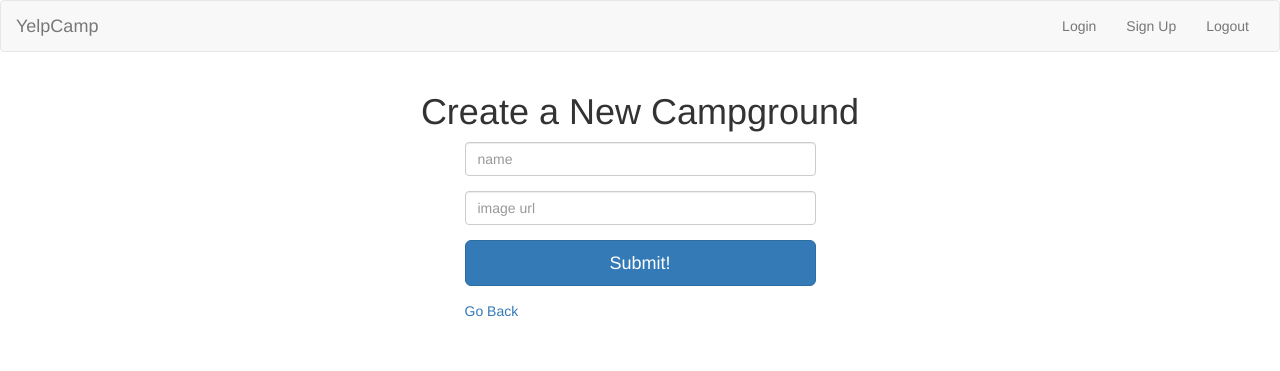
Repository: marriotts/webdevboot
Page: http://localhost/campgrounds/new
The author's editor kept a record of every edit. The page is drawn from the files as they stood at one moment, then again after the next edit.
The browser window is 1280 px wide. The pictures show the whole page.
The page is served by the project's Node server (YelpCamp/v1/app.js).

Above is the page before.

After the next edit:
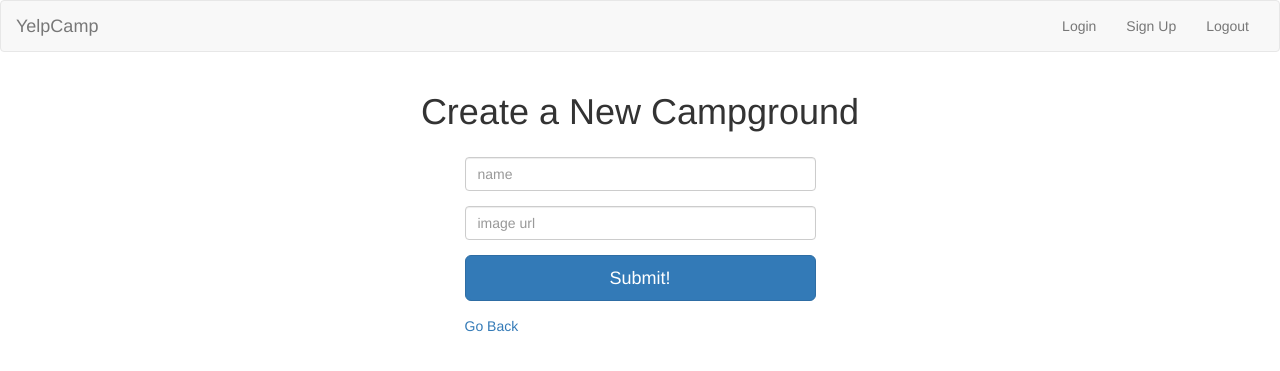
The edit:
--- a/YelpCamp/v1/views/new.ejs
+++ b/YelpCamp/v1/views/new.ejs
@@ -2,7 +2,7 @@
 <div class="container">
     <div class="row">
         <h1 style="text-align: center">Create a New Campground</h1>
-        <div style="width: 30%; margin: 0 auto;">
+        <div style="width: 30%; margin: 25px auto;">
             <form action="/campgrounds" method="POST">
                 <div class="form-group">
                     <input class="form-control" type="text" name="name" placeholder="name">
